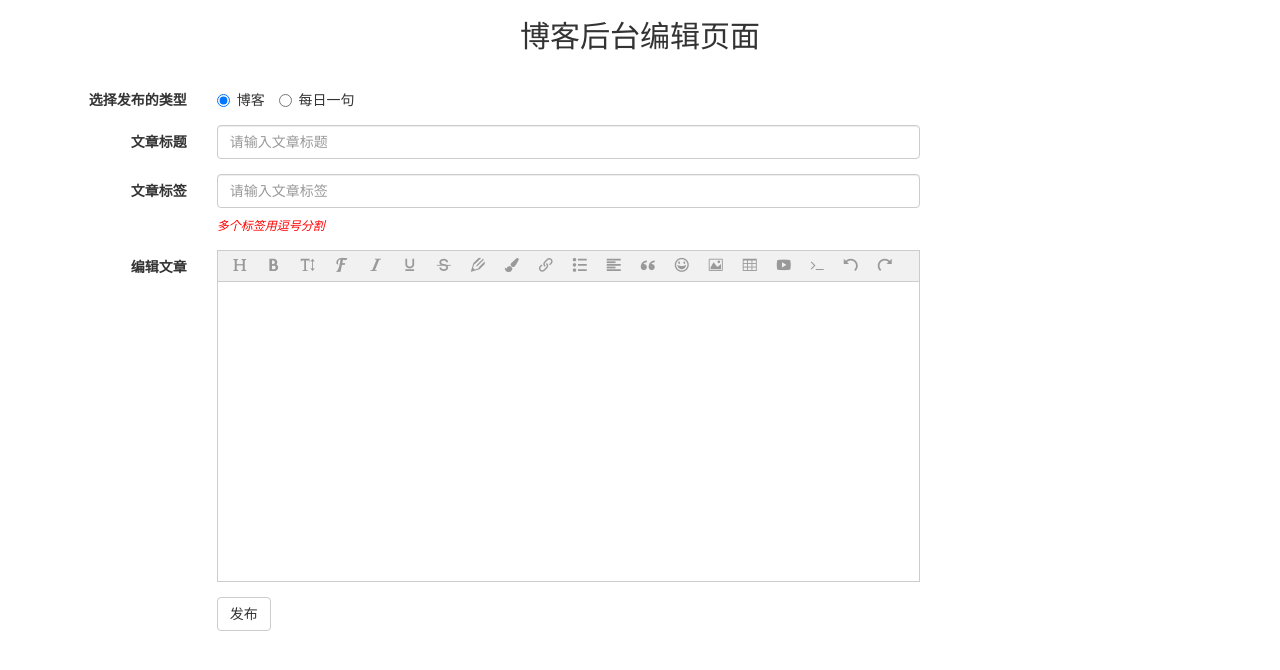
Repository: li1214/my_blog
Page: page/editor_blog_everyday.html
The author's editor kept a copy of each file at every save. The page is drawn from the files as they stood at one save, then again after the next save.
The browser window is 1280 px wide. The pictures show the whole page.

Above is the page before, as saved 2019-01-07 09:31:52.

### page/editor_blog_everyday.html
<!DOCTYPE html>
<html lang="en">
<head>
    <meta charset="UTF-8">
    <meta name="viewport" content="width=device-width, initial-scale=1.0">
    <meta http-equiv="X-UA-Compatible" content="ie=edge">
    <title>博客编辑发布</title>
    <link rel='stylesheet'  href='./css/bootstrap-theme.min.css'>
    <script src="./js/wangEditor.min.js"></script>
    <script src='./js/vue.js'></script>
    <script src='./js/axios.min.js'></script>
</head>
<body>
    <div class='container' id='app'>
        <h2 style="text-align: center;">博客后台编辑页面</h2>
        <form class="form-horizontal" style='margin-top:30px;width: 850px;'>
            <div class="form-group">
                <label for="inputEmail3" class="col-sm-2 control-label">选择发布的类型</label>
                <div class="col-sm-10">
                    <label class="radio-inline">
                        <input type="radio" name="blog" id="inlineRadio1" value="blog" v-model='type' @click='type = "blog"'> 博客
                    </label>
                    <label class="radio-inline">
                        <input type="radio" name="eveyday" id="inlineRadio2" value="everyday" v-model='type' @click='type = "everyday"'> 每日一句
                    </label>
                </div>
            </div>
            <div class='editor-blog' v-if='type="blog"'>
                <div class="form-group">
                    <label for="inputEmail3" class="col-sm-2 control-label">文章标题</label>
                    <div class="col-sm-10">
                        <input type="text" class="form-control" id="title" placeholder="请输入文章标题">
                    </div>
                </div>
                <div class="form-group">
                    <label for="inputPassword3" class="col-sm-2 control-label">文章标签</label>
                    <div class="col-sm-10">
                        <input type="text" class="form-control" id="tags" placeholder="请输入文章标签">
                        <em style="color:red;font-size:12px;margin-top:10px;display: inline-block;"> 多个标签用逗号分割</em>
                    </div>
                </div>
                <div class="form-group">
                    <label for="blog" class="col-sm-2 control-label">编辑文章</label>
                    <div class="col-sm-10">
                        <div id="blog">

                        </div>
                    </div>
                </div>
            </div>
            <div class='editor-everyday' v-else>
                <div class="form-group">
                    <label for="blog" class="col-sm-2 control-label">编辑每日一句</label>
                    <div class="col-sm-10">
                        <div id="everyday">

                        </div>
                    </div>
                </div>
            </div>
            <div class="form-group">
                <div class="col-sm-offset-2 col-sm-10">
                    <button type="submit" class="btn btn-default">发布</button>
                </div>
            </div>
        </form>
    </div>
    <script>

    </script>
    <script src='./js/editor_blog_everyday.js'></script>
</body>
</html>

### page/js/editor_blog_everyday.js
var app = new Vue({
  el: "#app",
  data() {
    return {
        type:''
    };
  },
  created() {
      this.type='blog'
    this.createEditor();
  },
  computed: {
    createEditor() {
      return function() {
        var E = window.wangEditor;
        var editor = new E("#" + this.type);
        editor.create();
      };
    }
  }
});

Loaded but not shown: page/css/bootstrap-theme.min.css (library); page/js/wangEditor.min.js (library); page/js/vue.js (library); page/js/axios.min.js (library)

After the next save:
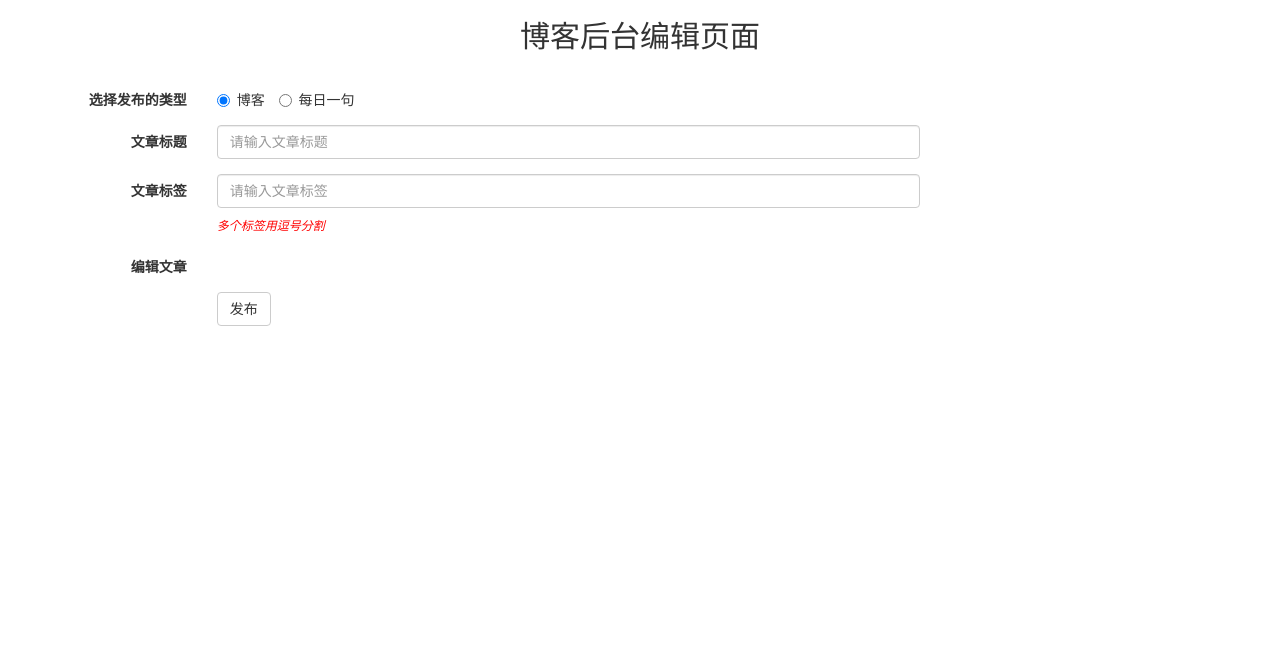
Saved 14 s later.
--- a/page/js/editor_blog_everyday.js
+++ b/page/js/editor_blog_everyday.js
@@ -6,7 +6,7 @@ var app = new Vue({
     };
   },
   created() {
-      this.type='blog'
+      this.type='everyday'
     this.createEditor();
   },
   computed: {
